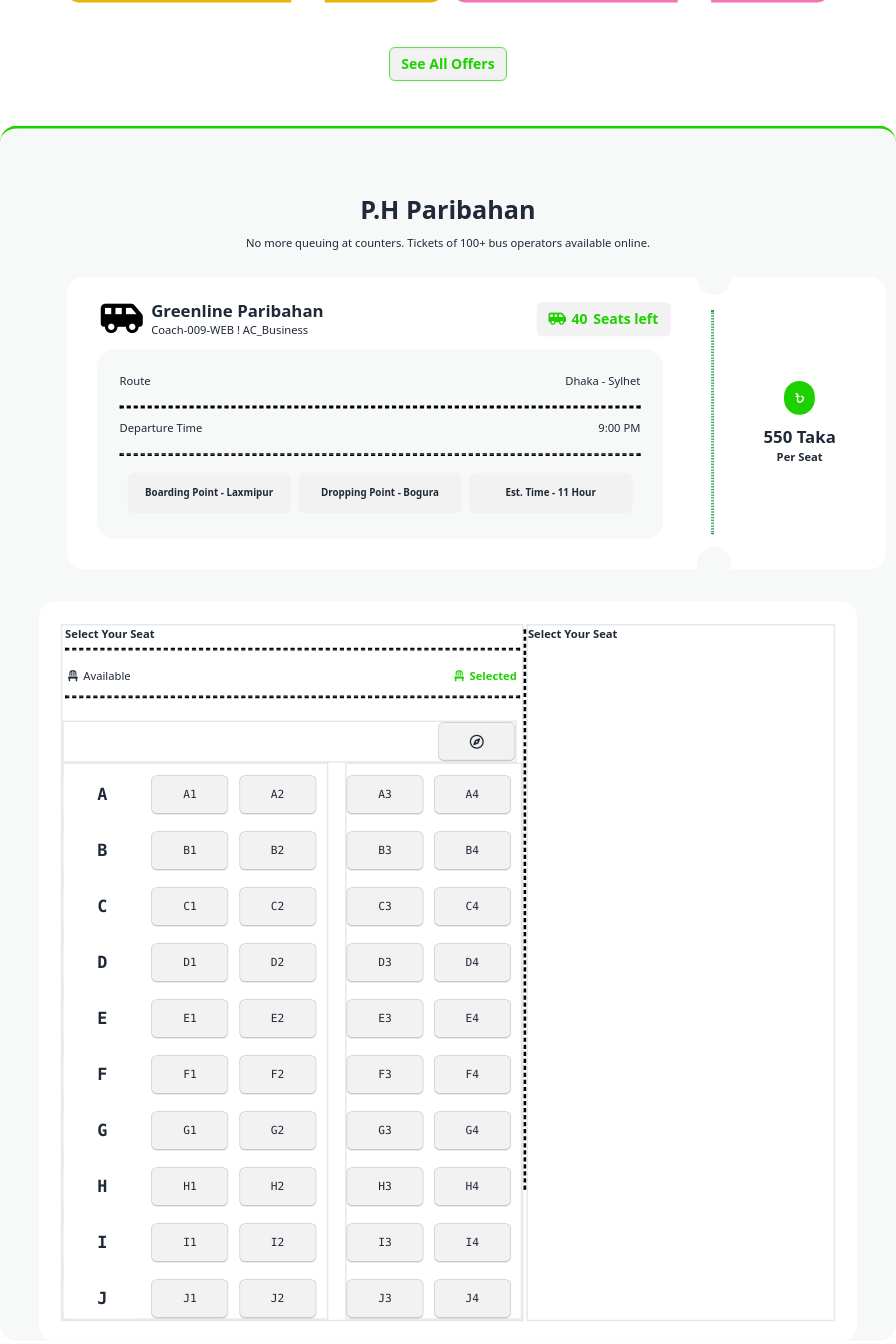
Repository: RudrasahaDibos/Smart-ticketing
Page: index.html
These files come from the project's save history. The page is drawn as it stood at one moment and after the next save; the edit follows.
The browser window is 1280 px wide. The pictures show the part of the page from y = 1138 to 3058 px (the page is 3058 px tall), at 70% of full size.
Some web fonts or font styles are not loaded; a fallback is used. Some web libraries are served in a nearby version.

Above is the page before, as saved 2024-11-10 14:13:21.

### index.html
<!DOCTYPE html>
<html lang="en">
  <head>
    <meta charset="UTF-8">
    <meta name="viewport" content="width=device-width, initial-scale=1.0">
    <title>Smart-ticketing</title>
    <!-- tailwind link -->
    <link href="https://cdn.jsdelivr.net/npm/daisyui@4.12.14/dist/full.min.css"
      rel="stylesheet" type="text/css" />
    <script src="https://cdn.tailwindcss.com"></script>
    <!-- font awesome link -->
    <link rel="stylesheet"
      href="https://cdnjs.cloudflare.com/ajax/libs/font-awesome/6.6.0/css/all.min.css"
      integrity="sha512-Kc323vGBEqzTmouAECnVceyQqyqdsSiqLQISBL29aUW4U/M7pSPA/gEUZQqv1cwx4OnYxTxve5UMg5GT6L4JJg=="
      crossorigin="anonymous" referrerpolicy="no-referrer" />

    <!-- google fonts  -->
    <link rel="preconnect" href="https://fonts.googleapis.com">
    <link rel="preconnect" href="https://fonts.gstatic.com" crossorigin>
    <link
      href="https://fonts.googleapis.com/css2?family=Anton+SC&family=Manrope:wght@200..800&family=Raleway:ital,wght@0,100..900;1,100..900&display=swap"
      rel="stylesheet">

    <style>
.raleway{
  font-family: "Raleway", sans-serif;
}
</style>

  </head>
  <body>
    <!-- header ends here -->
    <header class="container mx-auto lg:pl-24 lg:pr-24 lg:pt-4 w-[1400px]">
      <div>
        <!-- navbar starts here -->
        <div class="navbar bg-base-100">
          <div class="navbar-start">
            <div class="dropdown">
              <div tabindex="0" role="button" class="btn btn-ghost lg:hidden">
                <svg
                  xmlns="http://www.w3.org/2000/svg"
                  class="h-5 w-5"
                  fill="none"
                  viewBox="0 0 24 24"
                  stroke="currentColor">
                  <path
                    stroke-linecap="round"
                    stroke-linejoin="round"
                    stroke-width="2"
                    d="M4 6h16M4 12h8m-8 6h16" />
                </svg>
              </div>
              <ul
                tabindex="0"
                class="menu menu-sm dropdown-content bg-base-100 rounded-box z-[1] mt-3 w-52 p-2 shadow">
                <li><a>Home</a></li>
                <li><a>About</a></li>
                <li><a>Destination</a></li>
                <li><a>Search</a></li>
              </ul>
            </div>
            <a class="btn btn-ghost text-2xl font-extrabold">E-Ticket</a>
          </div>
          <div class="navbar-center hidden lg:flex">
            <ul class="menu menu-horizontal px-1">
              <li><a>Home</a></li>
              <li><a>About</a></li>
              <li><a>Destination</a></li>
              <li><a>Search</a></li>
            </ul>
          </div>
          <div class="navbar-end">
            <a class="btn text-[#1DD100]  border-1  text-xl">Bus <i
                class="fa-solid fa-van-shuttle"></i></a>
          </div>
        </div>
      </div>

      <!-- banner start here -->

      <div
        class="hero h-[550px] mt-8 bg-[url('/images/banner.png')] rounded-3xl relative">

        <div class="hero-content text-neutral-content text-center">
          <div class>
            <h1 class="mb-5 text-5xl font-extrabold">End-to-End Travel with <br>
              <span class="text-5xl text-[#1DD100]  font-extrabold">P
                Paribahan</span></h1>
            <p class="mb-5">
              A one-stop solution for your travel needs

              Introducing you to the Shohoz way of life
            </p>
            <button class="btn bg-[#1DD100] border-none">Buy Tickets</button>
          </div>
        </div>
      </div>

      <!-- banner end here -->

      <!-- 3 card start here  -->

      <div
        class=" flex justify-between items-center gap-4 pl-16 pr-16 absolute -bottom-4   ">
        <div
          class="stat flex bg-white justify-center items-center shadow-xl  border-b-4 border-b-[#1DD100]  rounded-2xl w-[338px] h-[138px]">
          <div class="text-[#1DD100] text-2xl font-extrabold ">
            <i class="fa-solid fa-users"></i>
          </div>

          <div>
            <div class="stat-value">500K+</div>
            <div class="stat-desc text-xl ">Registered users</div>
          </div>

        </div>

        <div
          class="stat flex bg-white justify-center items-center  border-b-4 border-b-[#1DD100] shadow-xl  rounded-2xl w-[338px] h-[138px]">
          <div class="text-[#1DD100] text-2xl font-extrabold ">
            <i class="fa-solid fa-ticket  "></i>

          </div>

          <div>
            <div class="stat-value">1.7 lacks</div>
            <div class="stat-desc text-xl ">Tickets sold</div>
          </div>

        </div>

        <div
          class="stat flex bg-white justify-center items-center  border-b-4 border-b-[#1DD100] shadow-xl  rounded-2xl w-[338px] h-[138px]">
          <div class="text-[#1DD100] text-2xl font-extrabold ">
            <i class="fa-solid fa-van-shuttle"></i>

          </div>

          <div>
            <div class="stat-value">80K+</div>
            <div class="stat-desc text-xl ">Rental partners</div>
          </div>

        </div>
      </div>

      <!-- 3 card ends here -->

      <!-- navbar Ends here -->
    </header>
    <!-- header ends here -->

    <!-- main start here -->
    <main class>
      <!-- Best offers for you start here -->
      <section
        class="mt-40 container mx-auto  lg:pl-24 lg:pr-24 lg:pt-4 w-[1400px]">
        <h1 class="text-4xl font-semibold text-center">Best offers for you</h1>
        <!-- two card start here -->
        <div class="flex  flex-col lg:flex-row gap-4 mt-10">
          <div class="bg-yellow-500  w-[573px] h-[220px]  rounded-2xl">

            <div>

              <div class=" w-[50%] mt-14 ml-14">
                <h1 class="text-4xl font-extrabold">15% OFF</h1>
                <p class="text-xl font-bold">on your next purchase</p>
                <p class="text-xl font-bold">use by January 2024</p>
              </div>

              <div class=" w-1/4 -mt-20 ml-auto mr-14  text-center">
                <h1 class="text-4xl font-extrabold">NEW15</h1>
                <p class="text-xl font-bold">Coupon Code</p>

              </div>
            </div>
            <p
              class="bg-white w-[48px] h-[48px] absolute mx-auto rounded-full ml-80 -mt-40  "></p>
            <p
              class="bg-white w-[48px] h-[48px] absolute mx-auto rounded-full ml-80 mt-[55px]  "></p>
            <p
              class="border-2 border-dotted border-white relative w-0 h-32 -mt-[95px] ml-[343px]  "></p>

          </div>
          <div class="bg-pink-400   w-[573px] h-[220px] rounded-2xl">
            <div>

              <div class=" w-[50%] mt-14 ml-14">
                <h1 class="text-4xl font-extrabold">20% OFF</h1>
                <p class="text-xl font-bold">on your next purchase</p>
                <p class="text-xl font-bold">use by January 2024</p>
              </div>

              <div class="  w-2/4 -mt-20 ml-[300px] mr-14  text-center">
                <h1 class="text-4xl font-extrabold">Couple 20</h1>
                <p class="text-xl font-bold">Coupon Code</p>

              </div>
            </div>
            <p
              class="bg-white w-[48px] h-[48px] absolute mx-auto rounded-full ml-80 -mt-40  "></p>
            <p
              class="bg-white w-[48px] h-[48px] absolute mx-auto rounded-full ml-80 mt-[55px]  "></p>
            <p
              class="border-2 border-dotted border-white relative w-0 h-32 -mt-[95px] ml-[343px]  "></p>
          </div>
        </div>
        <div class=" text-center mt-16">
          <a class="btn text-[#1DD100]  border-1 border-[#1DD100] text-xl">See
            All Offers
          </a>
        </div>
        <!-- two card end here -->
      </section>

      <!-- Best offers for you ends here -->
      <!-- tickeing process start here -->
      <section
        class="bg-[#F7F8F8] w-full min-h-screen rounded-3xl mt-16 border-t-4 border-t-[#1DD100]">

        <div class="container mx-auto  lg:pl-24 lg:pr-24 lg:pt-4 w-[1400px]">
          <h1 class="text-4xl font-semibold text-center mt-20">P.H Paribahan
          </h1>
          <p class=" text-center w-[736px] h-[60px] mx-auto mt-4">No more
            queuing at counters. Tickets of 100+ bus operators available online.
          </p>
          <!-- Greenline Paribahan  start here-->

          <div
            class="bg-[#FFFFFF] w-[1170px] h-[418px] rounded-3xl  container mx-auto p-8 flex justify-between ">
            <div class=" w-3/4">
              <!-- Coach-009-WEB ! AC_Business start here -->
              <div class="flex justify-between ">

                <div class="flex justify-center items-center gap-3 ml-4 ">
                  <div class="text-5xl text-black  ">
                    <i class="fa-solid fa-van-shuttle "></i>
                  </div>
                  <div>
                    <h1 class="text-2xl font-bold">Greenline Paribahan</h1>
                    <p>Coach-009-WEB ! AC_Business</p>
                  </div>
                </div>

                <div class="flex felx-col justify-end mt-1">
                  <a class="btn text-[#1DD100]  border-1  text-xl"> <i
                      class="fa-solid fa-van-shuttle"></i> <span>40</span> Seats
                    left </a>
                </div>
              </div>
              <!-- Coach-009-WEB ! AC_Business end here -->

              <!-- Dhaka - Sylhet starts here -->
              <div
                class="bg-[#F7F8F8] w-[808px] h-[270px] mt-4 mx-auto rounded-3xl">

                <div class>
                  <div class="flex justify-between p-4 ">
                    <h1 class="ml-4 mt-4">Route</h1>
                    <h1 class="mr-4 mt-4">Dhaka - Sylhet</h1>
                  </div>

                  <div
                    class="border-dashed border-black border-2 mt-2  w-[744px] mx-auto h-0"></div>

                  <div class="flex justify-between p-4 ">
                    <h1 class="ml-4">Departure Time</h1>
                    <h1 class="mr-4">9:00 PM</h1>
                  </div>
                  <div
                    class="border-dashed border-black border-2 mt-2  w-[744px] mx-auto h-0"></div>

                  <div class="mt-2 p-4 flex justify-center items-center gap-3">
                    <button class="btn   w-[232px] h-[56px]">Boarding Point -
                      Laxmipur</button>
                    <button class="btn  w-[232px] h-[56px]">Dropping Point -
                      Bogura</button>
                    <button class="btn  w-[232px] h-[56px]">Est. Time - 11
                      Hour</button>
                  </div>
                </div>
              </div>
              <!-- Dhaka - Sylhet end here -->

            </div>

            <div
              class=" text-center flex flex-col justify-center items-center mr-10">
              <i
                class="fa-solid fa-bangladeshi-taka-sign bg-[#1DD100] rounded-full  p-4 text-white "></i>
              <h1 class="text-2xl font-semibold mt-4"><span>550</span> Taka</h1>
              <p class="font-bold">Per Seat</p>
            </div>

          </div>
          <p
            class="bg-[#F7F8F8] w-[48px] h-[48px] absolute mx-auto rounded-full ml-[900px] -mt-[440px]  "></p>
          <p
            class="bg-[#F7F8F8] w-[48px] h-[48px] absolute mx-auto rounded-full ml-[900px] -mt-8  "></p>
          <p
            class="border-2 border-dotted border-green-600 relative w-0 h-80 -mt-[370px] ml-[920px]  "></p>

          <!-- Greenline Paribahan  ends here-->
        </div>

        <!-- Select Your Seat star here  -->
        <div
          class="bg-[#FFFFFF] w-[1170px] h-[1056px] rounded-3xl mt-24 container mx-auto  ">

          <div class="flex justify-between p-8">
            <div class="w-3/5 border-2">
              <p class="font-semibold ml-1">Select Your Seat</p>
              <div
                class="border-dashed border-black border-2 mt-2  w-[650px] mx-auto h-0"></div>
              <!-- seat available start here -->
              <div class="flex justify-between mt-4">

                <div class="flex gap-2 justify-center items-center p-2 ">
                  <i class="fa-solid fa-chair"></i>
                  <p>Available</p>
                </div>
                <div
                  class="flex gap-2 justify-center items-center p-2 text-[#1DD100] ">
                  <i class="fa-solid fa-chair font-bold"></i>
                  <p class="font-bold">Selected</p>
                </div>

              </div>
              <!-- seat available ends here -->
              <div
                class="border-dashed border-black border-2 mt-2  w-[650px] mx-auto h-0"></div>
                <!-- seat planing start here -->
               <div class="mt-8">
                    <div class="text-end border-2 mr-2">
                      <kbd class="kbd  h-[56px] w-[110px] text-center mx-auto "><i class="fa-regular fa-compass text-xl"></i></kbd>
                    </div>
                    <!-- seat  start here-->
                     <div class="flex  justify-between">
                          <!-- seat is with door start -->
                          <div class="grid grid-cols-3 border-2 w-3/5 ">
                                  <div class="mx-auto mt-4 space-y-6">
                                    <kbd class="kbd  w-[110px] h-[56px] bg-[#ffffff]  border-none font-bold text-2xl">A</kbd>
                                    <kbd class="kbd  w-[110px] h-[56px]  bg-[#ffffff] border-none font-bold text-2xl">B</kbd>
                                    <kbd class="kbd  w-[110px] h-[56px]  bg-[#ffffff] border-none font-bold text-2xl">C</kbd>
                                    <kbd class="kbd  w-[110px] h-[56px]  bg-[#ffffff] border-none font-bold text-2xl">D</kbd>
                                    <kbd class="kbd  w-[110px] h-[56px]  bg-[#ffffff] border-none font-bold text-2xl">E</kbd>
                                    <kbd class="kbd  w-[110px] h-[56px]  bg-[#ffffff] border-none font-bold text-2xl">F</kbd>
                                    <kbd class="kbd  w-[110px] h-[56px]  bg-[#ffffff] border-none font-bold text-2xl">G</kbd>
                                    <kbd class="kbd  w-[110px] h-[56px]  bg-[#ffffff] border-none font-bold text-2xl">H</kbd>
                                    <kbd class="kbd  w-[110px] h-[56px]  bg-[#ffffff] border-none font-bold text-2xl">I</kbd>
                                    <kbd class="kbd  w-[110px] h-[56px]  bg-[#ffffff] border-none font-bold text-2xl">J</kbd>
                                  </div>

                                  <div class="mt-4 space-y-6">
                                    <kbd class="kbd w-[110px] h-[56px] ">A1</kbd>
                                    <kbd class="kbd w-[110px] h-[56px] ">B1</kbd>
                                    <kbd class="kbd w-[110px] h-[56px] ">C1</kbd>
                                    <kbd class="kbd w-[110px] h-[56px] ">D1</kbd>
                                    <kbd class="kbd w-[110px] h-[56px] ">E1</kbd>
                                    <kbd class="kbd w-[110px] h-[56px] ">F1</kbd>
                                    <kbd class="kbd w-[110px] h-[56px] ">G1</kbd>
                                    <kbd class="kbd w-[110px] h-[56px] ">H1</kbd>
                                    <kbd class="kbd w-[110px] h-[56px] ">I1</kbd>
                                    <kbd class="kbd w-[110px] h-[56px] ">J1</kbd>
                                  </div>

                                  <div class="mt-4 space-y-6">
                                    <kbd class="kbd w-[110px] h-[56px] ">A2</kbd>
                                    <kbd class="kbd w-[110px] h-[56px] ">B2</kbd>
                                    <kbd class="kbd w-[110px] h-[56px] ">C2</kbd>
                                    <kbd class="kbd w-[110px] h-[56px] ">D2</kbd>
                                    <kbd class="kbd w-[110px] h-[56px] ">E2</kbd>
                                    <kbd class="kbd w-[110px] h-[56px] ">F2</kbd>
                                    <kbd class="kbd w-[110px] h-[56px] ">G2</kbd>
                                    <kbd class="kbd w-[110px] h-[56px] ">H2</kbd>
                                    <kbd class="kbd w-[110px] h-[56px] ">I2</kbd>
                                    <kbd class="kbd w-[110px] h-[56px] ">J2</kbd>
                                  </div>
                          </div>
                         <!-- seat is with door end -->

                          <!-- seat is driver start -->
                            <div class="grid grid-cols-2  border-2 w-2/5 ml-6">
                                    <div class="mx-auto mt-4 space-y-6">
                                      <kbd class="kbd w-[110px] h-[56px] ">A3</kbd>
                                      <kbd class="kbd w-[110px] h-[56px] ">B3</kbd>
                                      <kbd class="kbd w-[110px] h-[56px] ">C3</kbd>
                                      <kbd class="kbd w-[110px] h-[56px] ">D3</kbd>
                                      <kbd class="kbd w-[110px] h-[56px] ">E3</kbd>
                                      <kbd class="kbd w-[110px] h-[56px] ">F3</kbd>
                                      <kbd class="kbd w-[110px] h-[56px] ">G3</kbd>
                                      <kbd class="kbd w-[110px] h-[56px] ">H3</kbd>
                                      <kbd class="kbd w-[110px] h-[56px] ">I3</kbd>
                                      <kbd class="kbd w-[110px] h-[56px] ">J3</kbd>
                                    </div>
                                    <div class="mx-auto mt-4 space-y-6">
                                      <kbd class="kbd w-[110px] h-[56px] ">A4</kbd>
                                      <kbd class="kbd w-[110px] h-[56px] ">B4</kbd>
                                      <kbd class="kbd w-[110px] h-[56px] ">C4</kbd>
                                      <kbd class="kbd w-[110px] h-[56px] ">D4</kbd>
                                      <kbd class="kbd w-[110px] h-[56px] ">E4</kbd>
                                      <kbd class="kbd w-[110px] h-[56px] ">F4</kbd>
                                      <kbd class="kbd w-[110px] h-[56px] ">G4</kbd>
                                      <kbd class="kbd w-[110px] h-[56px] ">H4</kbd>
                                      <kbd class="kbd w-[110px] h-[56px] ">I4</kbd>
                                      <kbd class="kbd w-[110px] h-[56px] ">J4</kbd>
                                    </div>
                            </div>
                            <!-- seat is driver end -->
                     </div>

                     <!-- seat end here -->
               </div>

               <!-- seat planing end here -->



            </div>









            <div
              class="border-dashed border-black border-2 mt-2  w-[0px] mx-auto h-[800px]"></div>

            <div class="border-2  w-2/5 ">
              <p class="font-semibold">Select Your Seat</p>
            </div>
          </div>

        </div>

        <!-- Select Your Seat end here  -->

      </section>
      <!-- tickeing process ends here -->

    </main>
    <!-- main ends here -->

    <!-- js add -->
    <script src="index.js"></script>
  </body>
</html>

Loaded but not shown: index.js (common file)

After the next save:
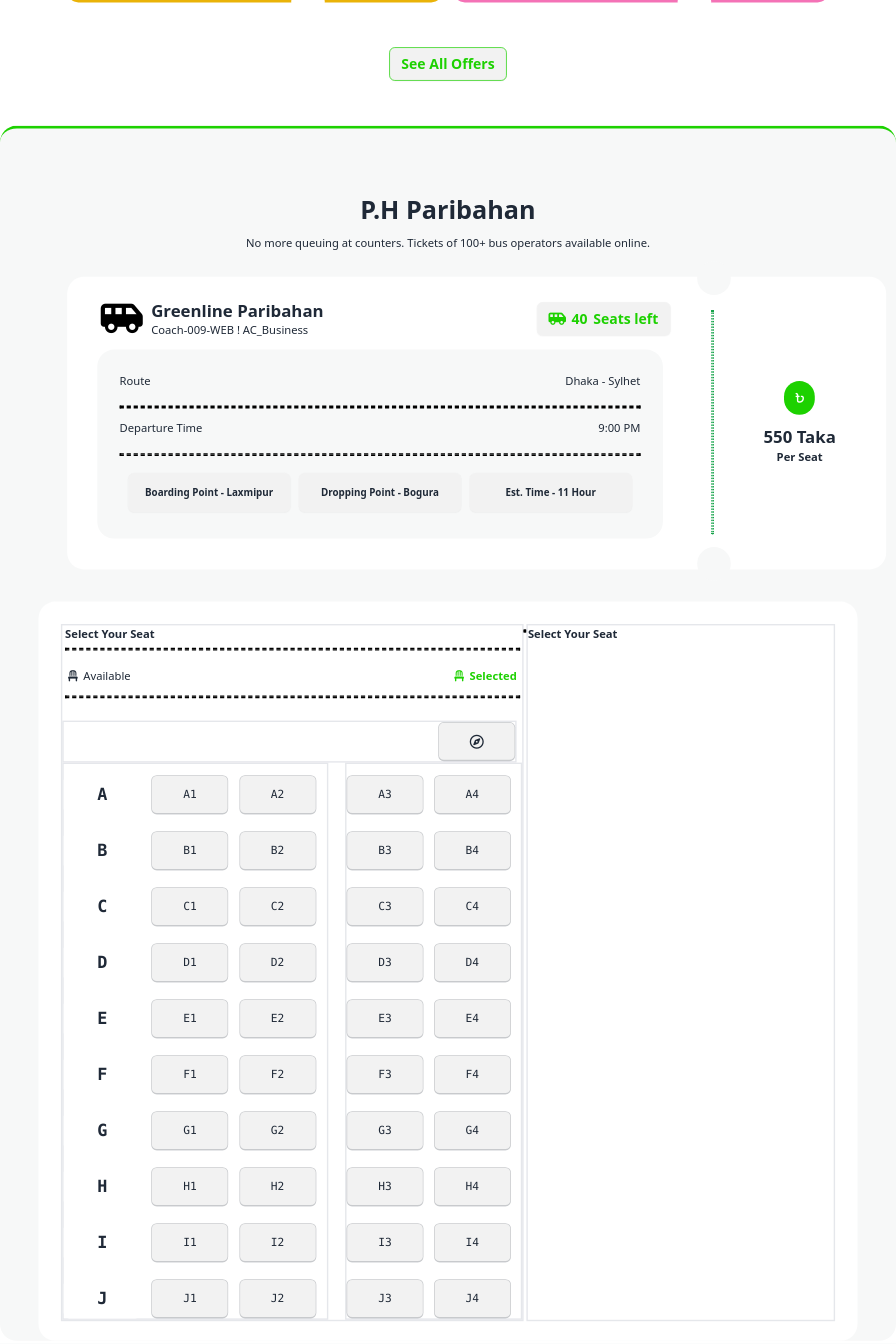
Saved 18 s later.
--- a/index.html
+++ b/index.html
@@ -427,7 +427,7 @@
 
 
             <div
-              class="border-dashed border-black border-2 mt-2  w-[0px] mx-auto h-[800px]"></div>
+              class="border-dashed border-black border-2 mt-2  w-[0px] mx-auto h-[0px]"></div>
 
             <div class="border-2  w-2/5 ">
               <p class="font-semibold">Select Your Seat</p>

After the save that followed:
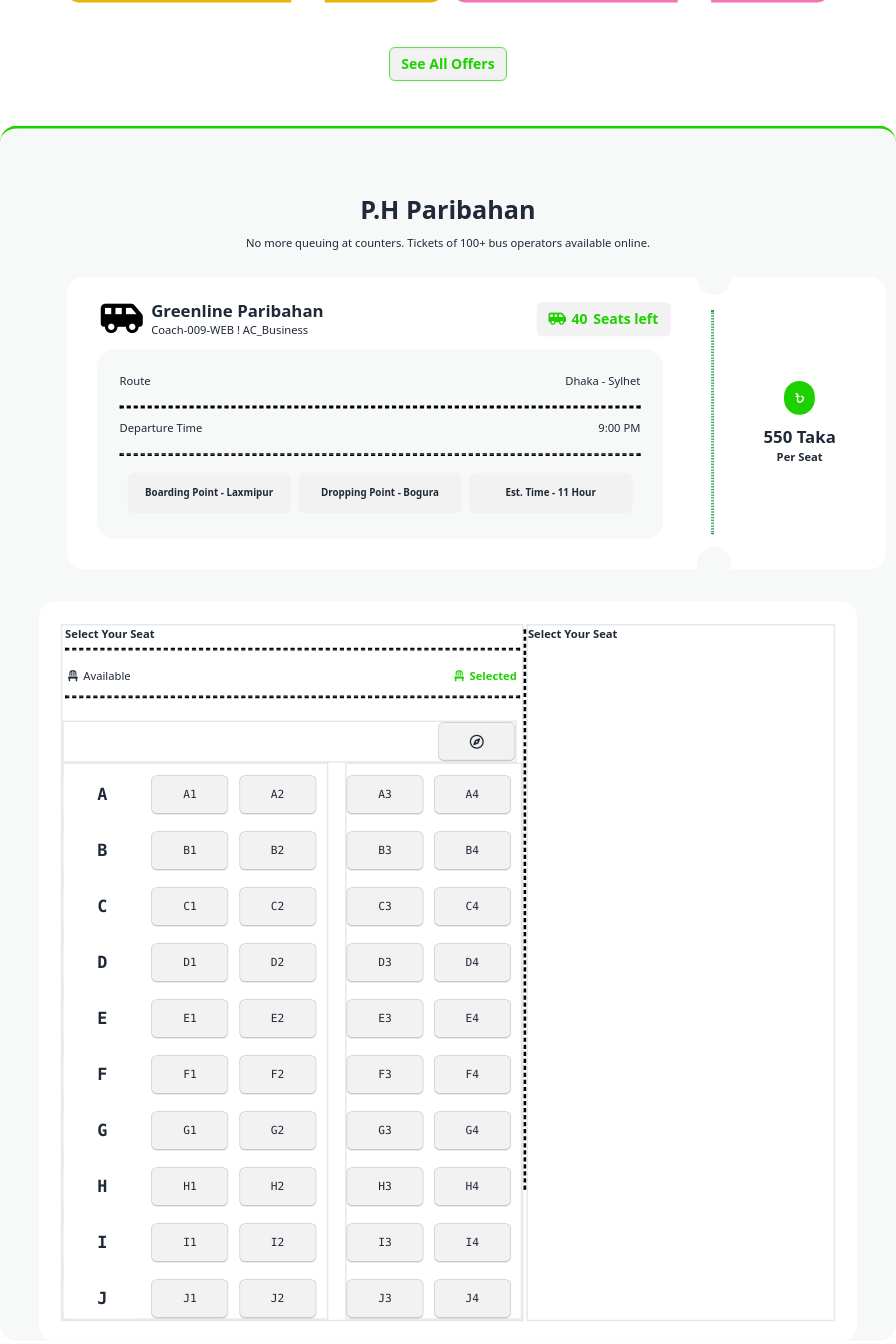
Saved 7 s later.
--- a/index.html
+++ b/index.html
@@ -427,7 +427,7 @@
 
 
             <div
-              class="border-dashed border-black border-2 mt-2  w-[0px] mx-auto h-[0px]"></div>
+              class="border-dashed border-black border-2 mt-2  w-[0px] mx-auto h-[800px]"></div>
 
             <div class="border-2  w-2/5 ">
               <p class="font-semibold">Select Your Seat</p>
